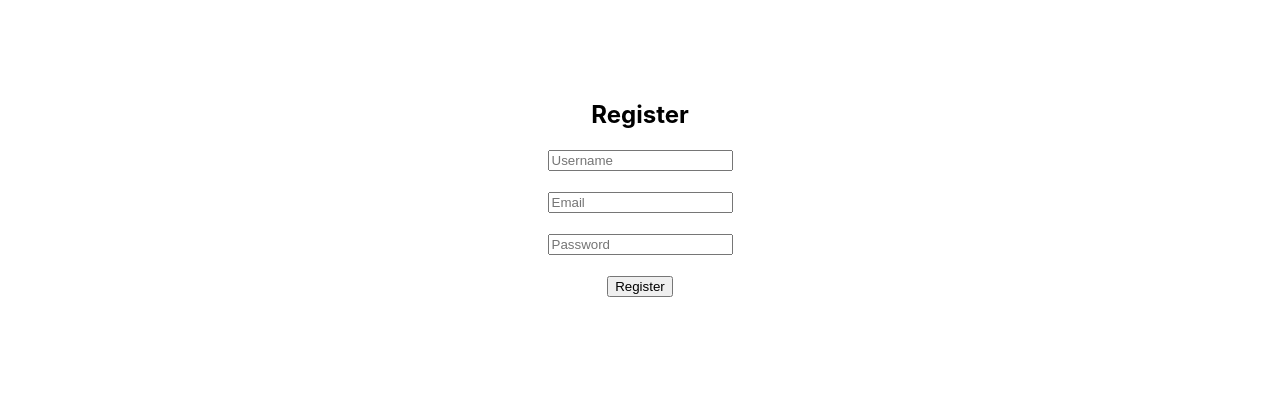
Repository: Vu-Tien-Duc/LearnEnglish-with-API
Page: /register
An editor plug-in stored every save of this project. The page is shown before and after the next save, followed by the edit.
The browser window is 1280 px wide. The pictures show the whole page.
The project was rebuilt for these pictures with package versions that can differ from the ones it lists, and the page was loaded fresh each time. Also part of the build but not shown: src/pages/Home.jsx, src/pages/Login.jsx, src/components/AdminLayout.jsx, src/pages/admin/CategoryManager.jsx, src/pages/admin/Dashboard.jsx, src/pages/admin/VocabularyManager.jsx.

Above is the page before, as saved 2026-03-23 08:00:20.

After the next save:
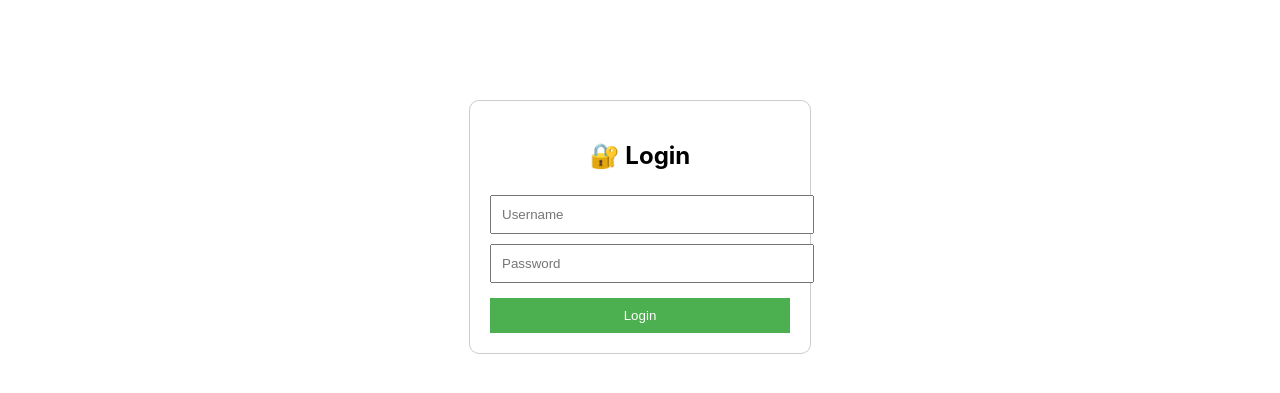
Saved 11 s later.
--- a/src/pages/Register.jsx
+++ b/src/pages/Register.jsx
@@ -1,72 +1,80 @@
 import { useState } from "react";
-import { useNavigate } from "react-router-dom";
+import API from "../services/api"; // axios instance
 
-function Register() {
-  const navigate = useNavigate();
+function Login() {
+  const [username, setUsername] = useState("");
+  const [password, setPassword] = useState("");
 
-  const [form, setForm] = useState({
-    Username: "",
-    Email: "",
-    Password: ""
-  });
-
-  const handleChange = (e) => {
-    setForm({
-      ...form,
-      [e.target.name]: e.target.value
-    });
-  };
-
-  const handleSubmit = async () => {
+  const handleLogin = async () => {
     try {
-      const res = await fetch("http://localhost:5000/api/auth/register", {
-        method: "POST",
-        headers: { "Content-Type": "application/json" },
-        body: JSON.stringify(form)
+      const res = await API.post("/auth/login", {
+        Username: username,
+        Password: password
       });
 
-      const data = await res.json();
+      // lưu user vào localStorage
+      localStorage.setItem("user", JSON.stringify(res.data));
 
-      if (!res.ok) {
-        alert(data.error);
-        return;
+      // chuyển trang theo role
+      if (res.data.Role === "Admin") {
+        window.location.href = "/admin";
+      } else {
+        window.location.href = "/";
       }
 
-      alert("✅ Register thành công!");
-      navigate("/login");
-
     } catch (err) {
-      console.error(err);
-      alert("❌ Lỗi server");
+      alert("❌ Sai tài khoản hoặc mật khẩu");
     }
   };
 
   return (
-    <div style={{ textAlign: "center", marginTop: "100px" }}>
-      <h2>Register</h2>
+    <div style={styles.container}>
+      <h2>🔐 Login</h2>
 
       <input
-        name="Username"
         placeholder="Username"
-        onChange={handleChange}
-      /><br /><br />
-
-      <input
-        name="Email"
-        placeholder="Email"
-        onChange={handleChange}
-      /><br /><br />
+        value={username}
+        onChange={(e) => setUsername(e.target.value)}
+        style={styles.input}
+      />
 
       <input
         type="password"
-        name="Password"
         placeholder="Password"
-        onChange={handleChange}
-      /><br /><br />
+        value={password}
+        onChange={(e) => setPassword(e.target.value)}
+        style={styles.input}
+      />
 
-      <button onClick={handleSubmit}>Register</button>
+      <button onClick={handleLogin} style={styles.button}>
+        Login
+      </button>
     </div>
   );
 }
 
-export default Register;
+const styles = {
+  container: {
+    width: "300px",
+    margin: "100px auto",
+    textAlign: "center",
+    padding: "20px",
+    border: "1px solid #ccc",
+    borderRadius: "10px"
+  },
+  input: {
+    width: "100%",
+    padding: "10px",
+    margin: "5px 0"
+  },
+  button: {
+    width: "100%",
+    padding: "10px",
+    marginTop: "10px",
+    backgroundColor: "#4CAF50",
+    color: "white",
+    border: "none"
+  }
+};
+
+export default Login;

After the save that followed:
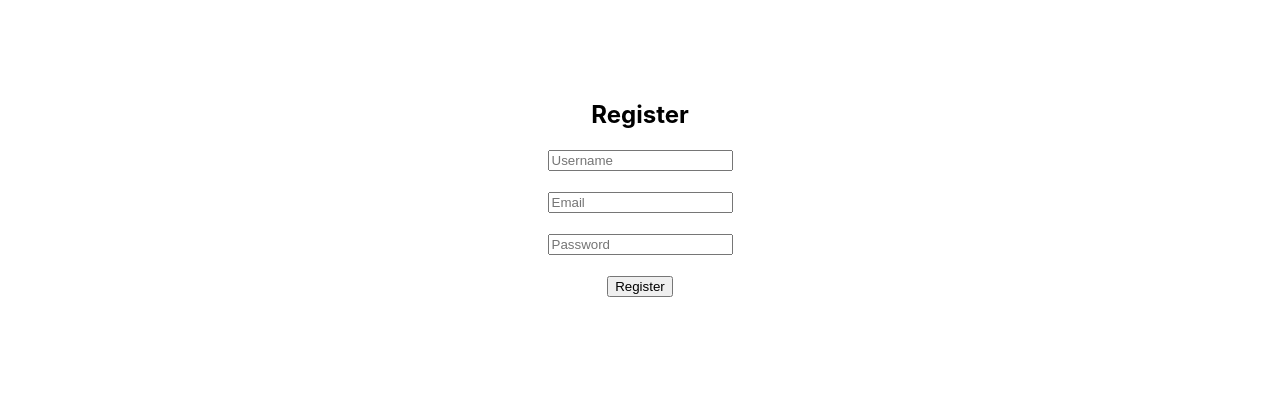
Saved 34 s later.
--- a/src/pages/Register.jsx
+++ b/src/pages/Register.jsx
@@ -1,80 +1,72 @@
 import { useState } from "react";
-import API from "../services/api"; // axios instance
+import { useNavigate } from "react-router-dom";
 
-function Login() {
-  const [username, setUsername] = useState("");
-  const [password, setPassword] = useState("");
+function Register() {
+  const navigate = useNavigate();
 
-  const handleLogin = async () => {
+  const [form, setForm] = useState({
+    Username: "",
+    Email: "",
+    Password: ""
+  });
+
+  const handleChange = (e) => {
+    setForm({
+      ...form,
+      [e.target.name]: e.target.value
+    });
+  };
+
+  const handleSubmit = async () => {
     try {
-      const res = await API.post("/auth/login", {
-        Username: username,
-        Password: password
+      const res = await fetch("http://localhost:5000/api/auth/register", {
+        method: "POST",
+        headers: { "Content-Type": "application/json" },
+        body: JSON.stringify(form)
       });
 
-      // lưu user vào localStorage
-      localStorage.setItem("user", JSON.stringify(res.data));
+      const data = await res.json();
 
-      // chuyển trang theo role
-      if (res.data.Role === "Admin") {
-        window.location.href = "/admin";
-      } else {
-        window.location.href = "/";
+      if (!res.ok) {
+        alert(data.error);
+        return;
       }
 
+      alert("✅ Register thành công!");
+      navigate("/login");
+
     } catch (err) {
-      alert("❌ Sai tài khoản hoặc mật khẩu");
+      console.error(err);
+      alert("❌ Lỗi server");
     }
   };
 
   return (
-    <div style={styles.container}>
-      <h2>🔐 Login</h2>
+    <div style={{ textAlign: "center", marginTop: "100px" }}>
+      <h2>Register</h2>
 
       <input
+        name="Username"
         placeholder="Username"
-        value={username}
-        onChange={(e) => setUsername(e.target.value)}
-        style={styles.input}
-      />
+        onChange={handleChange}
+      /><br /><br />
+
+      <input
+        name="Email"
+        placeholder="Email"
+        onChange={handleChange}
+      /><br /><br />
 
       <input
         type="password"
+        name="Password"
         placeholder="Password"
-        value={password}
-        onChange={(e) => setPassword(e.target.value)}
-        style={styles.input}
-      />
+        onChange={handleChange}
+      /><br /><br />
 
-      <button onClick={handleLogin} style={styles.button}>
-        Login
-      </button>
+      <button onClick={handleSubmit}>Register</button>
     </div>
   );
 }
 
-const styles = {
-  container: {
-    width: "300px",
-    margin: "100px auto",
-    textAlign: "center",
-    padding: "20px",
-    border: "1px solid #ccc",
-    borderRadius: "10px"
-  },
-  input: {
-    width: "100%",
-    padding: "10px",
-    margin: "5px 0"
-  },
-  button: {
-    width: "100%",
-    padding: "10px",
-    marginTop: "10px",
-    backgroundColor: "#4CAF50",
-    color: "white",
-    border: "none"
-  }
-};
-
-export default Login;
+export default Register;
